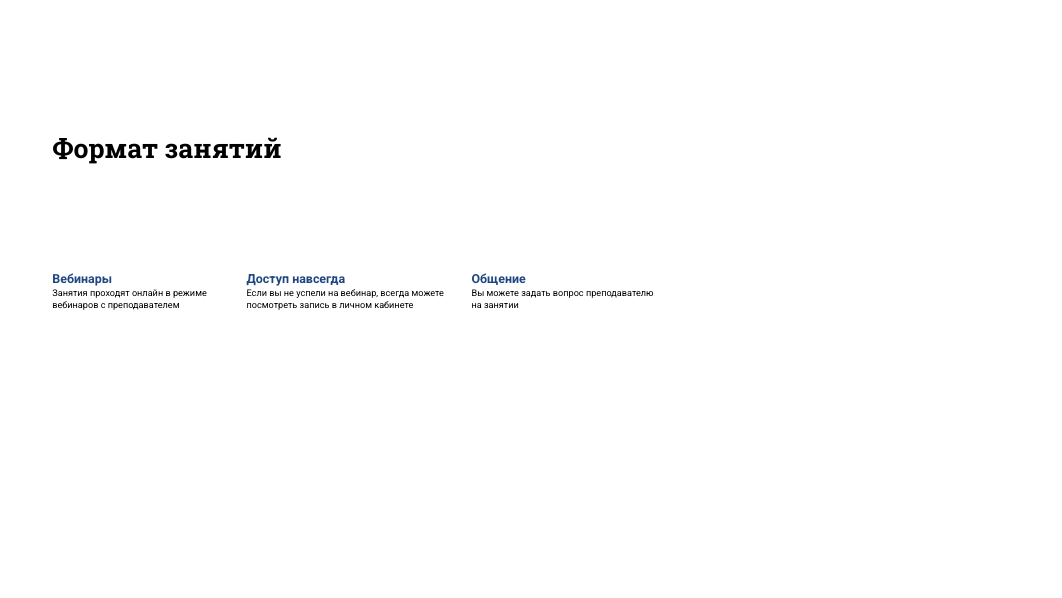
Repository: PoladEziz/Task-4
Page: index.html
An editor plug-in stored every save of this project. The page is shown before and after the next save, followed by the edit.
The browser window is 1280 px wide. The pictures show the whole page, at 83% of full size.

Above is the page before, as saved 2023-05-09 17:17:17.

### index.html
<!DOCTYPE html>
<html lang="en">

<head>
    <meta charset="UTF-8">
    <meta http-equiv="X-UA-Compatible" content="IE=edge">
    <meta name="viewport" content="width=device-width, initial-scale=1.0">
    <title>Document</title>
    <link rel="stylesheet" href="index.css">
</head>

<body>
    <div class="main">
        <div class="page-1">
            <h1>Формат занятий</h1>
            <div class="top_child">

                <ul>
                    <li>
                        <h2>Вебинары</h2>
                        <p>Занятия проходят онлайн
                            в режиме вебинаров
                            с преподавателем</p>
                    </li>

                    <li>
                        <h2>Доступ навсегда</h2>
                        <p>Если вы не успели на вебинар, всегда можете посмотреть запись в личном кабинете</p>
                    </li>

                    <li>
                        <h2>Общение</h2>
                        <p>Вы можете задать вопрос
                            преподавателю на занятии</p>
                    </li>


                </ul>
            </div>

        </div>
        <!-- <div class="page-2">
            <h1>Что узнаем</h1>
            <ul>
                <li>Кто чем занят в съёмочной группе; </li>
                <li>На какие этапы делится кинопроизводство; </li>
                <li>Как выглядит сценарий фильма и как он меняется по ходу съёмок; </li>
                <li>Какими методами режиссёры заставляют нас смеяться, плакать и грустить; </li>
                <li>Как построение кадра, музыка и свет помогают считывать заложенные в фильм смыслы; </li>
                <li>Какие жанры есть в кино и как от них зависит работа операторов, осветителей и монтажёров; </li>
                <li>Как, зная всё это, понимать, о чем фильм.</li>
            </ul>




        </div> -->


    </div>
</body>

</html>

### index.css
@import url("https://fonts.googleapis.com/css2?family=Roboto+Slab:wght@700&family=Roboto:wght@700&display=swap");
@import url("https://fonts.googleapis.com/css2?family=Roboto&family=Roboto+Slab:wght@700&display=swap");

* {
  margin: 0;
  padding: 0;
}

.main {
  display: flex;
  flex-direction: column;
  padding-left: 124px;
  padding-top: 162px;
  padding-right: 344px;
}

.page-1 h1 {
  margin-bottom: 133px;
  font-family: "Roboto Slab";
  font-style: normal;
  font-weight: 700;
  font-size: 55px;
  line-height: 55px;
}

.page-1 ul {
  width: 100%;
  display: flex;
  justify-content: space-between;
}

.page-1 ul li {
  list-style-type: none;
}

.page-1 li:nth-child(1) {
  width: 223px;
}

.page-1 li:nth-child(2) {
  width: 260px;
}

.page-1 li:nth-child(3) {
  width: 232px;
}

.page-1 ul li h2 {
  font-family: "Roboto";
  font-style: normal;
  font-weight: 700;
  font-size: 25px;
  line-height: 130%;
  color: #1e4681;
}

.page-1 ul li p {
  font-family: "Roboto";
  font-style: normal;
  font-weight: 400;
  font-size: 18px;
  line-height: 130%;
}

.page-2 {
  margin-top: 168px;
  width: 100%;
}

.page-2 h1 {
  margin-bottom: 62px;
  font-family: Roboto Slab;
  font-size: 55px;
  font-weight: 700;
  line-height: 56px;
  text-align: left;
}

.page-2 ul li {
  font-family: Roboto;
  font-size: 24px;
  font-weight: 400;
  line-height: 36px;
  text-align: left;
}

@media only screen and (max-width: 1280px) {
  .main {
    display: flex;
    flex-direction: column;
    padding-left: 63px;
    padding-top: 93 px;
    padding-right: 480px;
  }

  .main .page-1 h1 {
    font-family: 'Roboto Slab';
    font-style: normal;
    font-weight: 700;
    font-size: 32px;
    line-height: 101.38%;
    margin-bottom: ;
  }

  .main .page-1 .top_child ul li h2 {
    font-family: 'Roboto';
    font-style: normal;
    font-weight: 700;
    font-size: 15px;
    line-height: 130%;
    margin-bottom: 0;
  }

  .main .page-1 .top_child ul li p {
    font-family: 'Roboto';
    font-style: normal;
    font-weight: 400;
    font-size: 11px;
    line-height: 130%;
  }

  .main .page-2 h1 {
    font-family: 'Roboto Slab';
    font-style: normal;
    font-weight: 700;
    font-size: 32px;
    line-height: 101.38%;
  }

  .main .page-2 ul li {
    font-family: 'Roboto';
    font-style: normal;
    font-weight: 400;
    font-size: 14px;
    line-height: 150%;
  }
}

@media only screen and (max-width: 768px) {
  .main .page-1 h1 {
    font-family: 'Roboto Slab';
    font-style: normal;
    font-weight: 700;
    font-size: 26px;
    line-height: 101.38%;
  }

  .main .page-1 .top_child ul {
    flex-direction: column;
  }

  .main .page-1 .top_child ul li {
    margin-bottom: 35px;
  }

  .main .page-1 .top_child ul li h2 {
    font-family: 'Roboto';
    font-style: normal;
    font-weight: 700;
    font-size: 12px;
    line-height: 130%;
  }

  .main .page-1 .top_child ul li p {
    font-family: 'Roboto';
    font-style: normal;
    font-weight: 400;
    font-size: 11px;
    line-height: 130%;
  }

  .main .page-2 h1 {
    font-family: 'Roboto Slab';
    font-style: normal;
    font-weight: 700;
    font-size: 32px;
    line-height: 101.38%;
  }

  .main .page-2 ul li {
    font-family: 'Roboto';
    font-style: normal;
    font-weight: 400;
    font-size: 14px;
    line-height: 150%;
  }
}

After the next save:
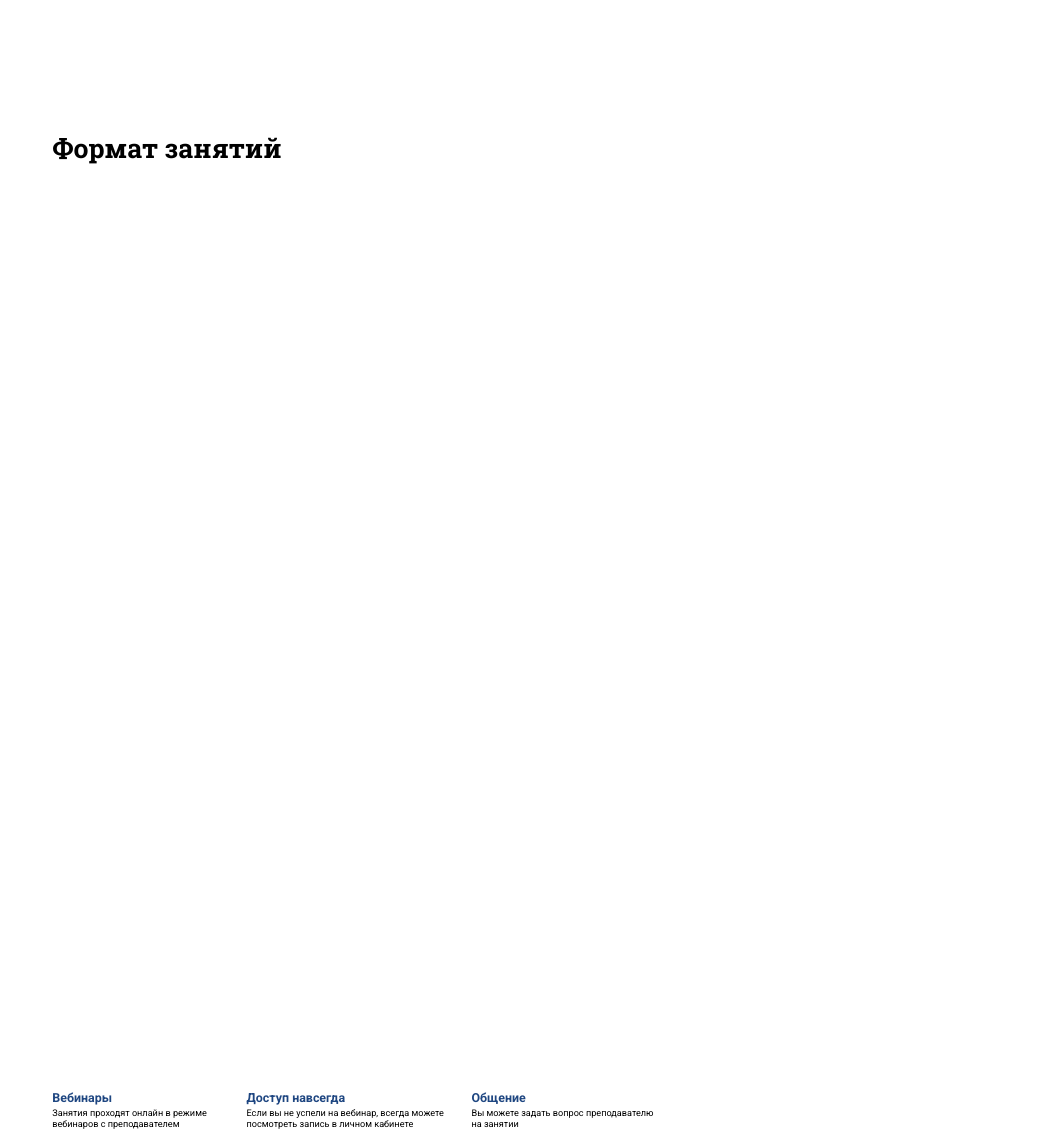
Saved 12 s later.
--- a/index.css
+++ b/index.css
@@ -99,7 +99,7 @@
     font-weight: 700;
     font-size: 32px;
     line-height: 101.38%;
-    margin-bottom: ;
+    margin-bottom: 70pc;
   }
 
   .main .page-1 .top_child ul li h2 {
